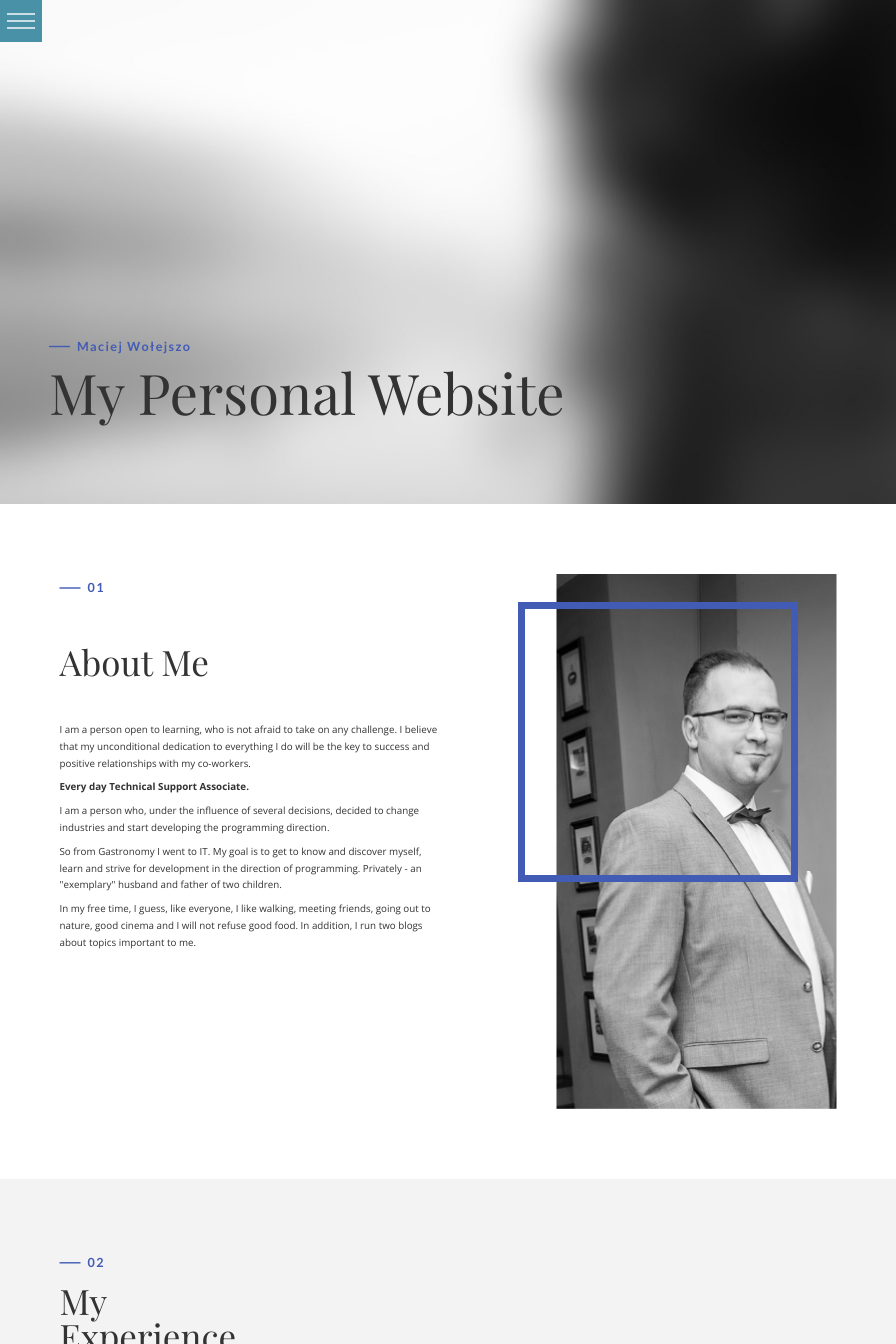
Repository: Maciej85Lodz/maciejwolejszo.pl
Page: index.html
An editor plug-in stored every save of this project. The page is shown before and after the next save, followed by the edit.
The browser window is 1280 px wide. The pictures show the part of the page from y = 0 to 1920 px (the page is 3901 px tall), at 70% of full size.
Some web fonts or font styles are not loaded; a fallback is used. Some web libraries are served in a nearby version.

Above is the page before, as saved 2019-07-01 14:45:58.
Console error: TypeError: Cannot set properties of null (setting 'innerHTML')

### index.html
<!DOCTYPE html>
<html lang="en">

<head>
    <meta charset="utf-8">
    <meta http-equiv="X-UA-Compatible" content="IE=edge">
    <meta name="viewport" content="width=device-width, initial-scale=1">
    <title>Maciej Wołejszo</title>
    <link rel="icon" href="img/favicon.ico" type="image/x-icon">
    <!-- Bootstrap -->
    <link href="css/bootstrap.min.css" rel="stylesheet">
    <link href="ionicons/css/ionicons.min.css" rel="stylesheet">
    <link href="css/animate.min.css" rel="stylesheet">
    <link href="css/aos.css" rel="stylesheet">
    <!-- main style -->
    <link href="css/style.css" rel="stylesheet">
    <!-- techno icons -->
    <link rel="stylesheet" href="https://cdn.rawgit.com/konpa/devicon/df6431e323547add1b4cf45992913f15286456d3/devicon.min.css">
    <!-- hamburger menu -->
    <link rel="stylesheet" href="https://use.fontawesome.com/releases/v5.6.1/css/all.css">
    <link rel="stylesheet" href="css/menu.css">
</head>

<body>
    <!-- Preloader -->
    <div id="preloader">
        <div id="status">
            <div class="preloader" aria-busy="true" aria-label="Loading, please wait." role="progressbar"></div>
        </div>
    </div>
    <!-- ./Preloader -->
    <!-- header -->
    <div class="menu-wrap">
        <input type="checkbox" class="toggler">
        <div class="hamburger">
            <div></div>
        </div>
        <div class="menu">
            <div>
                <div>
                    <ul>
                        <li><a href="#about">About Me</a></li>
                        <li><a href="#experience">experience</a></li>
                        <li><a href="#technologies">main technologies</a></li>
                        <li><a href="#projects">projects</a></li>
                        <li><a href="#contact">contact</a></li>
                    </ul>
                </div>
            </div>
        </div>
    </div>
    <!-- ./header -->
    <!-- home -->
    <div class="section" id="home" data-stellar-background-ratio="0">
        <div class="container">
            <div class="disply-table">
                <div class="table-cell" data-aos="fade-up" data-aos-delay="0">
                    <h4>Maciej Wołejszo</h4>
                    <h1 class="title-home">My Personal Website</h1>
                </div>
            </div>
        </div>
    </div>
    <!-- ./home -->
    <!-- about -->
    <div class="section" id="about">
        <div class="container">
            <div class="col-md-6" data-aos="fade-up">
                <h4>01</h4>
                <h1 class="size-50"><br /> About Me</h1>
                <div class="h-50"></div>
                <p>I am a person open to learning, who is not afraid to take on any challenge. I believe that my unconditional dedication to everything I do will be the key to success and positive relationships with my co-workers. </p>
                <p><strong>Every day Technical Support Associate.</strong></p>
                <p>I am a person who, under the influence of several decisions, decided to change industries and start developing the programming direction. </p>
                <p>So from Gastronomy I went to IT. My goal is to get to know and discover myself, learn and strive for development in the direction of programming. Privately - an "exemplary" husband and father of two children. </p>
                <p>In my free time, I guess, like everyone, I like walking, meeting friends, going out to nature, good cinema and I will not refuse good food. In addition, I run two blogs about topics important to me. </p>
                <div class="h-50"></div>
            </div>
            <div class="col-md-6 about-img-div">
                <div class="about-border" data-aos="fade-up" data-aos-delay=".4"></div>
                <img src="img/aboutme.png" width="400" class="img-responsive" alt="" align="right" data-aos="fade-right" data-aos-delay=".5" />
            </div>
        </div>
    </div>
    <!-- ./about -->
    <!-- experience  -->
    <div class="section " id="experience">
        <div class="container">
            <div class="col-md-12">
                <h4>02</h4>
                <h1 class="size-50">My <br /> Experience</h1>
                <div class="h-50"></div>
            </div>
            <div class="col-md-12">
                <ul class="timeline">
                    <li class="timeline-event" data-aos="fade-up">
                        <label class="timeline-event-icon"></label>
                        <div class="timeline-event-copy">
                            <p class="timeline-event-thumbnail">March 2016 - Present</p>
                            <h3>Modis Polska / Peoplevox</h3>
                            <h4>Technical Support Associate</h4>
                            <p>
                                <strong>Key responsibilities</strong>
                                <br>
                                <p>
                                    Work for Peoplevox Limited (http://www.peoplevox.co.uk/), Solving and replying to support tickets raised by external users of an application, Analyzing root causes and identifying a resolution to production issues with an application. Helping testers
                                    write test automation scripts, Fixing simple bugs, Assisting development team with simple development and maintenance tasks with WMS application. Development and maintenance tasks with Internal management application
                                    Creating unit tests (Moq and xUnit).
                                </p>
                            </p>
                        </div>
                    </li>
                </ul>
                <ul class="timeline">
                    <li class="timeline-event" data-aos="fade-up">
                        <label class="timeline-event-icon"></label>
                        <div class="timeline-event-copy">
                            <p class="timeline-event-thumbnail">January 2015 - February 2014</p>
                            <h3>Infosys BPO</h3>
                            <h4>Business Data Analyst at Reporting Shared Services [ReSS] Transformation Team</h4>
                            <p>
                                <strong>Key responsibilities</strong>
                                <br>
                                <p>
                                    Generating and update Reports. Analyzing Reports. Transformation Reports. Support Development Team. Support of Delivery Team.
                                </p>
                            </p>
                        </div>
                    </li>
                </ul>
                <ul class="timeline">
                    <li class="timeline-event" data-aos="fade-up">
                        <label class="timeline-event-icon"></label>
                        <div class="timeline-event-copy">
                            <p class="timeline-event-thumbnail">January 2015 - February 2014</p>
                            <h3>Infosys BPO</h3>
                            <h4>Process Executive at Sourcing & Procurement department</h4>
                            <p>
                                <strong>Key responsibilities</strong>
                                <br>
                                <p>
                                    Purchasing Executive for Philips Netherlands region, Generate and update request in SAP/ SRM system, Create and update Internal Order, Purchasing Order and Cost Center in SAP, Close cooperation and daily contact with Requestor, Support and help in solving
                                    problems and the implementation of urgent notifications, Support other Department buying Philips Netherlands region, Participation in meetings, training sessions and Conference calls with Philips S&P Process Management
                                </p>
                        </div>
                    </li>
                </ul>
                <ul class="timeline">
                    <li class="timeline-event" data-aos="fade-up">
                        <label class="timeline-event-icon"></label>
                        <div class="timeline-event-copy">
                            <p class="timeline-event-thumbnail">August 2012 - January 2014</p>
                            <h3>Staffline Group</h3>
                            <h4>SAP Produkt operative</h4>
                            <p>
                                <strong>Key responsibilities</strong>
                                <br>
                                <p>
                                    Supporting storage processes of products, Relocation of products between departments, Control and review of stock list, Creating the inventory documentation and quality, Producing and verifying shift reports.
                                </p>
                        </div>
                    </li>
                </ul>
                <ul class="timeline">
                    <li class="timeline-event" data-aos="fade-up">
                        <label class="timeline-event-icon"></label>
                        <div class="timeline-event-copy">
                            <p class="timeline-event-thumbnail">November 2009 - December 2010</p>
                            <h3>Fornetti Poland</h3>
                            <h4>Area Sales Manager</h4>
                            <p>
                                <strong>Key responsibilities</strong>
                                <br>
                                <p>
                                    Being responsible for the corporate branch functioning, Handling cost and sales control, Creation of customer service standards, Handling employee training and managing recruitment processes, Cooperation with franchising partners, Leading business negotiations,
                                    Creation of P&L and sales reports
                                </p>
                            </p>
                        </div>
                    </li>
                </ul>
            </div>
        </div>
    </div>
    <!-- ./experience -->





    <!-- jQuery -->
    <script src="js/jquery.js"></script>
    <!--  plugins  -->
    <script src="js/bootstrap.min.js"></script>
    <script src="js/plugins.js"></script>
    <script src="js/aos.js"></script>
    <!--<script src="js/jquery.form.js"></script>-->
    <script src="js/jquery.validate.min.js"></script>

    <!--  main script  -->
    <script src="js/custom.js"></script>
</body>

### css/menu.css
    /* CORE STYLES */

    :root {
        --primary-color: rgba(13, 110, 139, 0.75);
        --overlay-color: rgba(24, 39, 51, 0.85);
        --menu-speed: 0.75s;
    }
    /* MENU STYLES */

    .menu-wrap {
        position: fixed;
        top: 0;
        left: 0;
        z-index: 1;
    }

    .menu-wrap .toggler {
        position: absolute;
        top: 0;
        left: 0;
        z-index: 2;
        cursor: pointer;
        width: 50px;
        height: 50px;
        opacity: 0;
    }

    .menu-wrap .hamburger {
        position: absolute;
        top: 0;
        left: 0;
        z-index: 1;
        width: 60px;
        height: 60px;
        padding: 1rem;
        background: var(--primary-color);
        display: flex;
        align-items: center;
        justify-content: center;
    }
    /* Hamburger Line */

    .menu-wrap .hamburger>div {
        position: relative;
        flex: none;
        width: 100%;
        height: 2px;
        background: #fff;
        display: flex;
        align-items: center;
        justify-content: center;
        transition: all 0.4s ease;
    }
    /* Hamburger Lines - Top & Bottom */

    .menu-wrap .hamburger>div::before,
    .menu-wrap .hamburger>div::after {
        content: '';
        position: absolute;
        z-index: 1;
        top: -10px;
        width: 100%;
        height: 2px;
        background: inherit;
    }
    /* Moves Line Down */

    .menu-wrap .hamburger>div::after {
        top: 10px;
    }
    /* Toggler Animation */

    .menu-wrap .toggler:checked+.hamburger>div {
        transform: rotate(135deg);
    }
    /* Turns Lines Into X */

    .menu-wrap .toggler:checked+.hamburger>div:before,
    .menu-wrap .toggler:checked+.hamburger>div:after {
        top: 0;
        transform: rotate(90deg);
    }
    /* Rotate On Hover When Checked */

    .menu-wrap .toggler:checked:hover+.hamburger>div {
        transform: rotate(225deg);
    }
    /* Show Menu */

    .menu-wrap .toggler:checked~.menu {
        visibility: visible;
    }

    .menu-wrap .toggler:checked~.menu>div {
        transform: scale(1);
        transition-duration: var(--menu-speed);
    }

    .menu-wrap .toggler:checked~.menu>div>div {
        opacity: 1;
        transition: opacity 0.4s ease 0.4s;
    }

    .menu-wrap .menu {
        position: fixed;
        top: 0;
        left: 0;
        width: 100%;
        height: 100%;
        visibility: hidden;
        overflow: hidden;
        display: flex;
        align-items: center;
        justify-content: center;
    }

    .menu-wrap .menu>div {
        background: var(--overlay-color);
        border-radius: 50%;
        width: 200vw;
        height: 200vw;
        display: flex;
        flex: none;
        align-items: center;
        justify-content: center;
        transform: scale(0);
        transition: all 0.4s ease;
    }

    .menu-wrap .menu>div>div {
        text-align: center;
        max-width: 90vw;
        max-height: 100vh;
        opacity: 0;
        transition: opacity 0.4s ease;
    }

    .menu-wrap .menu>div>div>ul>li {
        list-style: none;
        color: #fff;
        font-size: 1.5rem;
        padding: 1rem;
    }

    .menu-wrap .menu>div>div>ul>li>a {
        color: inherit;
        text-decoration: none;
        transition: color 0.4s ease;
    }

Loaded but not shown: css/bootstrap.min.css (library); ionicons/css/ionicons.min.css (library); css/animate.min.css (library); css/aos.css (library); js/jquery.js (library); js/bootstrap.min.js (library); js/plugins.js (library); js/aos.js (library); js/jquery.validate.min.js (library); js/custom.js (165 lines, source omitted); css/style.css (821 lines, source omitted)

After the next save:
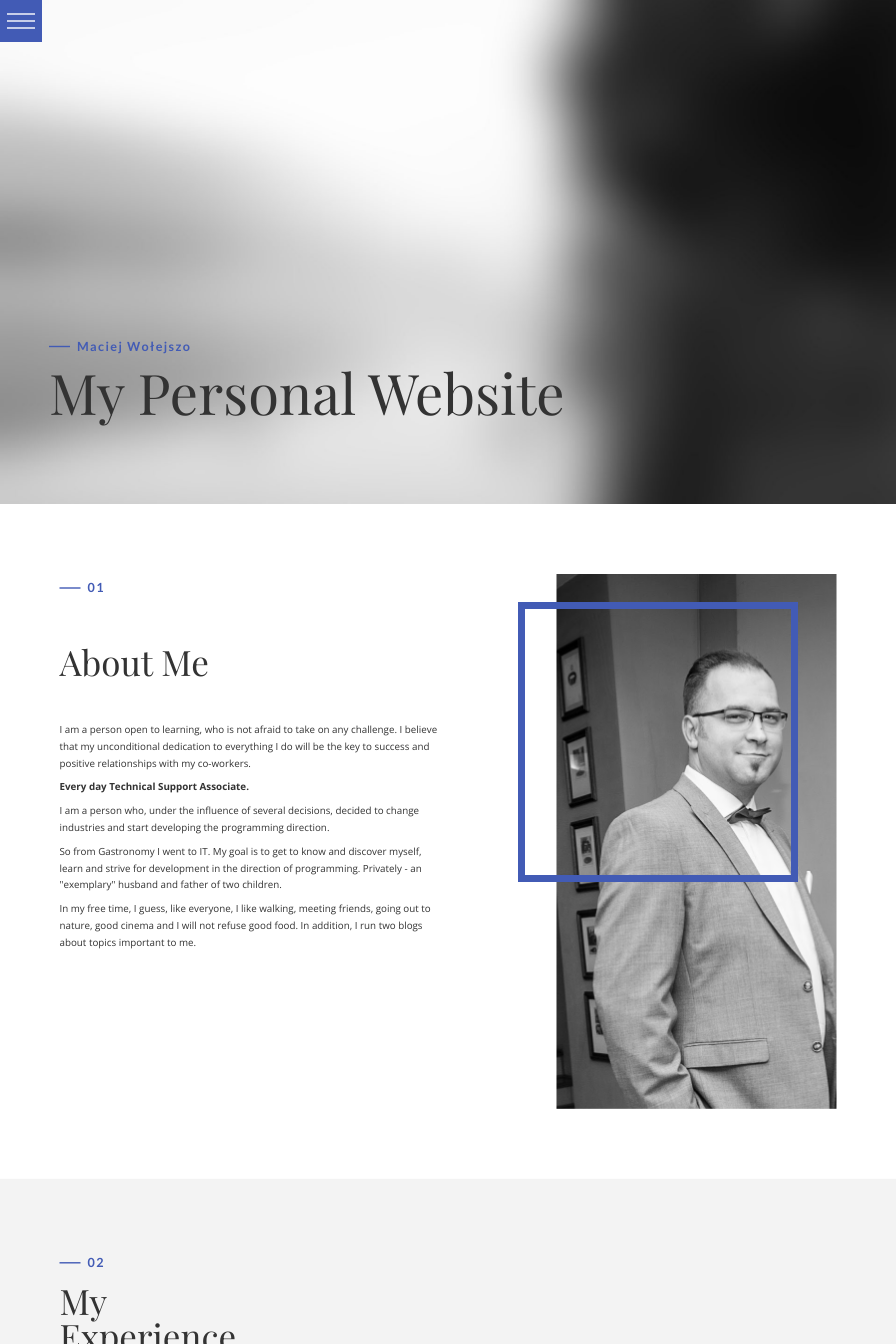
Saved 98 s later.
--- a/css/menu.css
+++ b/css/menu.css
@@ -1,7 +1,7 @@
     /* CORE STYLES */
 
-    :root {
-        --primary-color: rgba(13, 110, 139, 0.75);
+     :root {
+        --primary-color: #425BB5;
         --overlay-color: rgba(24, 39, 51, 0.85);
         --menu-speed: 0.75s;
     }
